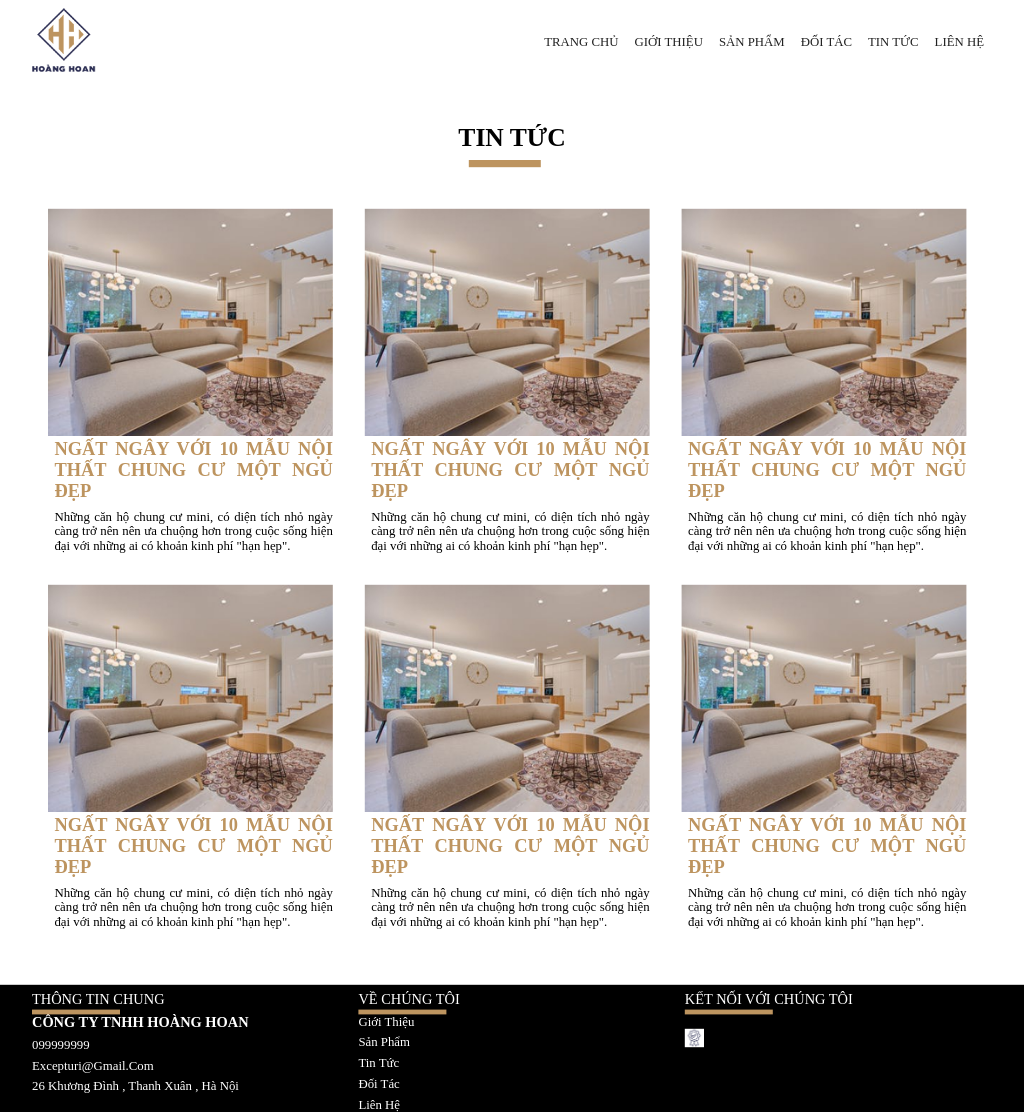
Repository: LDDUNG2003/prj_2
Page: /news
These files come from the project's save history. The page is drawn as it stood at one moment and after the next save; the edit follows.
The browser window is 1280 px wide. The pictures show the whole page, at 80% of full size.
Some web fonts or font styles are not loaded; a fallback is used. The project was rebuilt for these pictures with package versions that can differ from the ones it lists, and the page was loaded fresh each time. Also part of the build but not shown: src/font-awesome/index.js, src/pages/home/setProductSlick/index.js, src/pages/home/index.js, src/pages/notfoud/index.js.

Above is the page before, as saved 2023-09-20 09:23:31.

After the next save:
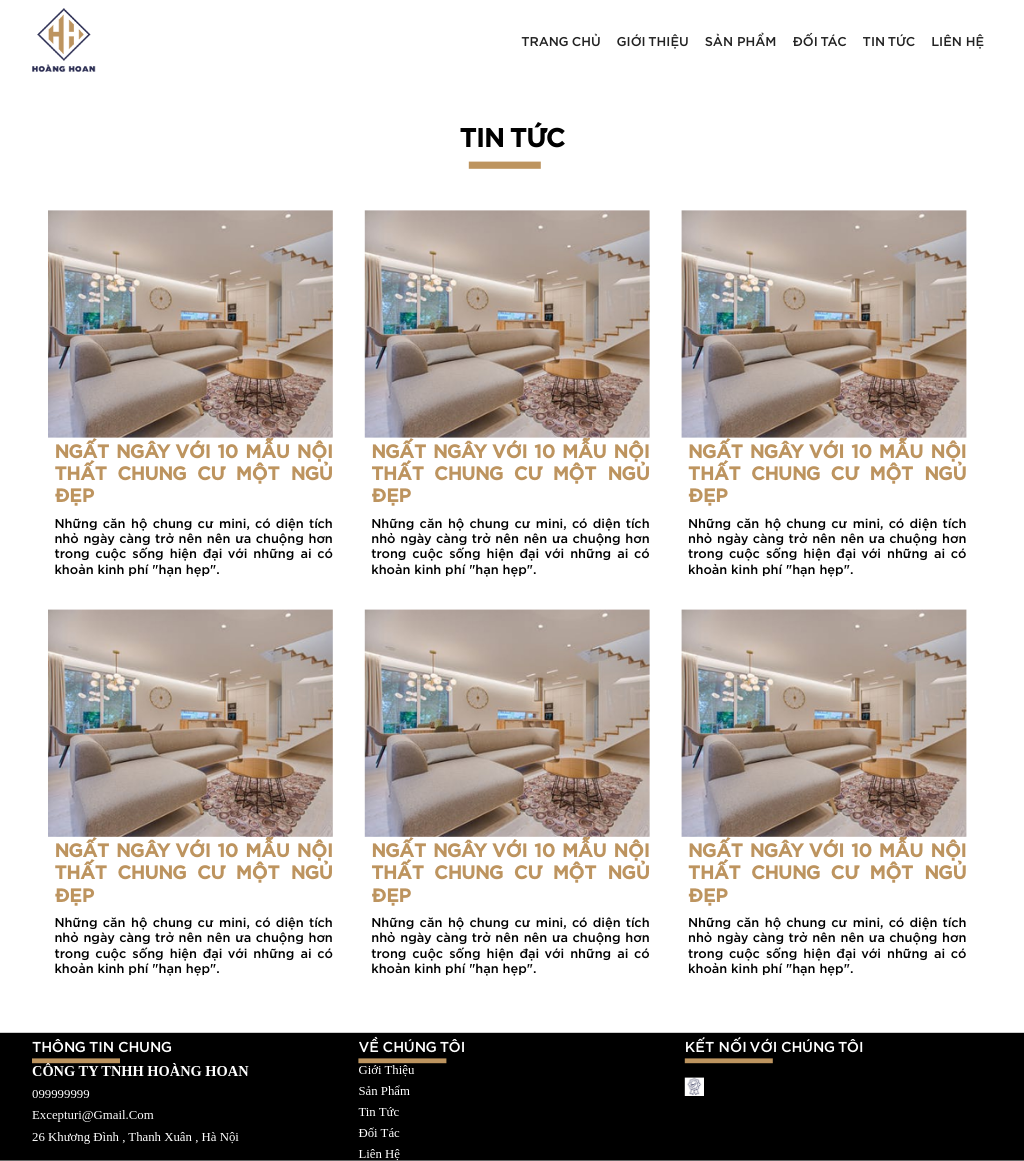
Saved 8 s later.
--- a/src/index.css
+++ b/src/index.css
@@ -1,14 +1,14 @@
 @font-face {
     font-family: "Gotham-Medium";
-    src: url(./style/front/Gotham-Medium.otf);
+    src: url(./styles/front/Gotham-Medium.otf);
 }
 
 @font-face {
     font-family: "Gotham-Thin";
-    src: url(./style/front/Gotham-Thin.otf);
+    src: url(./styles/front/Gotham-Thin.otf);
 }
 
 @font-face {
     font-family: "Gotham-Ultra";
-    src: url(./style/front/Gotham-Ultra.otf);
+    src: url(./styles/front/Gotham-Ultra.otf);
 }
